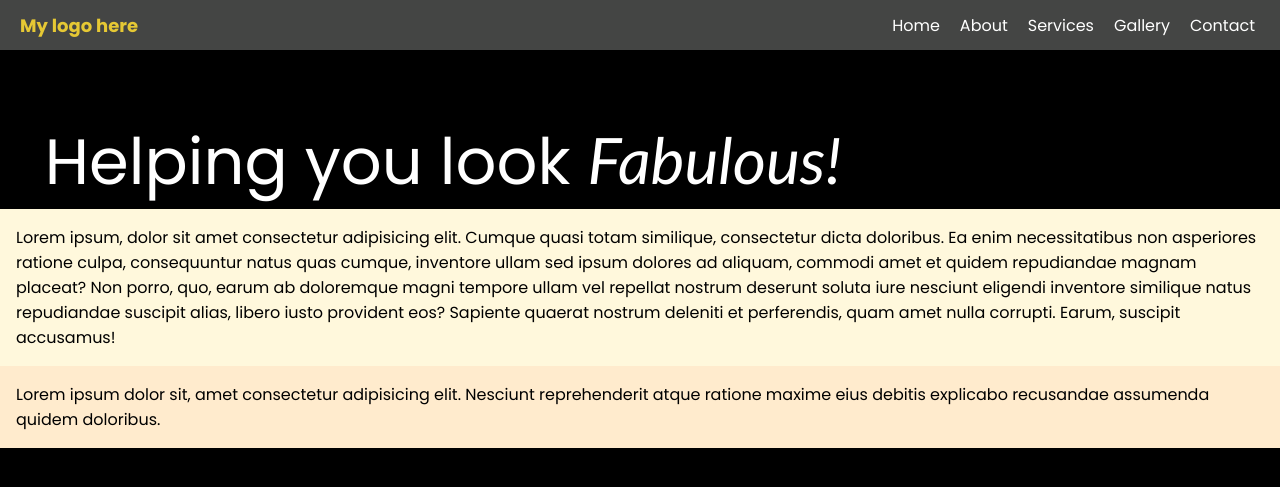
Repository: buzzedison/gardens
Page: index.html
An editor plug-in stored every save of this project. The page is shown before and after the next save, followed by the edit.
The browser window is 1280 px wide. The pictures show the whole page.

Above is the page before, as saved 2022-01-12 17:13:47.

### index.html
<!DOCTYPE html>
<html lang="en">
<head>
    <meta charset="UTF-8">
    <meta http-equiv="X-UA-Compatible" content="IE=edge">
    <meta name="viewport" content="width=device-width, initial-scale=1.0">
    <title>Navbar</title>
    <script src="index.js" defer></script>
    <link rel="stylesheet" href="/css/styles.css">
</head>
<body>
    <div>

        <Header>
            <div id="logo"> <a href="/">My logo here</a></div>
            <nav>
<ul>
    <li> <a href="/"> Home</a></li>
    <li> <a href="/"> About</a></li>
    <li> <a href="/"> Services</a></li>
    <li> <a href="/"> Gallery</a></li>
    <li> <a href="/">  Contact</a></li>
</ul>

 </nav>
            <!-- Mobile version -->
            <div id="mobile-icon" onclick="toggleMobileMenu(this)">
                <div class="bar1"></div>
                <div class="bar2"></div>
                <div class="bar3"></div>
                <ul class="mobile-menu">
                  <li><a href="/">Home</a></li>
                  <li><a href="/">About</a></li>
                  <li><a href="/">Services</a></li>
                  <li><a href="/">Gallery</a></li>
                  <li><a href="/">Contact</a></li>

                </ul>
              </div>
        </Header>
        <main class="container">
            <section1>
                <p class="section-title">Helping you look  <span id="fab">Fabulous!</span></p>
                <div class="grid">
                    <div>
                        Lorem ipsum, dolor sit amet consectetur adipisicing elit.
                         Cumque quasi totam similique, consectetur dicta doloribus.
                         Ea enim necessitatibus non asperiores ratione culpa,
                         consequuntur natus quas cumque, inventore ullam sed ipsum
                         dolores ad aliquam, commodi amet et quidem repudiandae magnam placeat?
                          Non porro, quo, earum ab doloremque magni tempore ullam vel repellat
                          nostrum deserunt soluta iure nesciunt eligendi inventore similique
                          natus repudiandae suscipit alias, libero iusto provident eos?
                           Sapiente quaerat nostrum deleniti et perferendis,
                        quam amet nulla corrupti. Earum, suscipit accusamus!
                    </div>

                    <div>
                        Lorem ipsum dolor sit, amet consectetur adipisicing elit.
                        Nesciunt reprehenderit atque ratione maxime eius
                        debitis explicabo recusandae assumenda quidem doloribus.
                    </div>
                </div>
            </section1>

        </main>
    </div>
</body>
</html>

### css/styles.css
@import url("https://fonts.googleapis.com/css2?family=Poppins:wght@400;700&display=swap");

* {
  padding: 0;
  margin: 0;
  box-sizing: border-box;
}

body {
  color: black;
  font-family: "Poppins", sans-serif;
  background-color:black;
}

header a {
  text-decoration: none;
}

header {
  padding: 0 20px;
  background-color: #444544;
  height: 50px;
  display: flex;
  justify-content: space-between;
}

#logo {
  font-weight: bold;
  font-size: 18px;
  display: flex;
  align-items: center;
}

#logo a {
  color: #e6c834;
}

ul {
  list-style: none;
  height: 100%;
  display: flex;
  align-items: center;
  justify-content: space-around;
}

ul a {
  color: white;
}

ul li {
  padding: 5px;
  margin-left: 10px;
}

ul li:hover {
  transform: scale(1.1);
  transition: 0.3s;
}




#mobile-icon {
  margin: auto 0;
  display: none;
  cursor: pointer;
}

#mobile-icon div {
  width: 35px;
  height: 3px;
  background-color: white;

  margin: 6px 0;
  transition: 0.4s;
}

.open .bar1 {
  -webkit-transform: rotate(-45deg) translate(-6px, 6px);
  transform: rotate(-45deg) translate(-6px, 6px);
}

.open .bar2 {
  opacity: 0;
}

.open .bar3 {
  -webkit-transform: rotate(45deg) translate(-6px, -8px);
  transform: rotate(45deg) translate(-6px, -8px);
}

.open .mobile-menu {
  display: flex;
  flex-direction: column;
  align-items: center;
  justify-content: flex-start;
}

.mobile-menu {
  display: none;
  position: absolute;
  top: 50px;
  left: 0;
  height: calc(100vh - 50px);
  width: 100%;

}

.mobile-menu li {
  margin-bottom: 10px;

}

@media only screen and (max-width: 600px) {
  header nav {
    display: none;
  }

  #mobile-icon {
    display: block;
  }
}


.section-title{
  color: white;
  font-size: 4em;
  padding-top: 1em;
  padding-left: 0.7em;


}

#fab {
  font-family: 'Trebuchet MS', 'Lucida Sans Unicode', 'Lucida Grande', 'Lucida Sans', Arial, sans-serif;
  font-style: italic;
}


.grid > div{
   padding:1em;
   background-color:blanchedalmond;
}

.grid > div:nth-child(odd){
  background-color:cornsilk;
}

Loaded but not shown: index.js (common file)

After the next save:
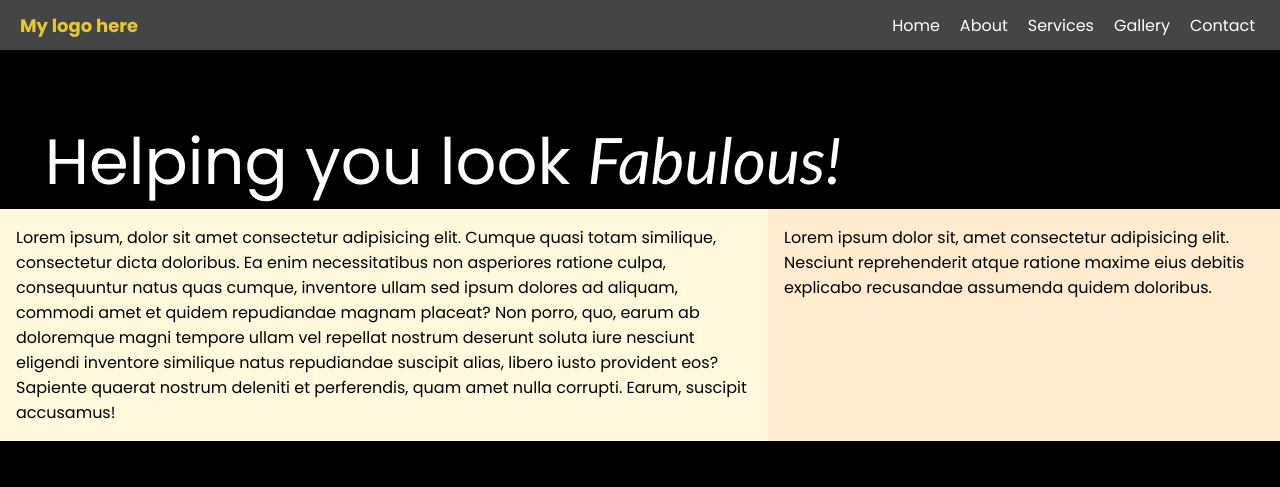
Saved 2 min 24 s later.
--- a/css/styles.css
+++ b/css/styles.css
@@ -145,3 +145,8 @@ ul li:hover {
 .grid > div:nth-child(odd){
   background-color:cornsilk;
 }
+
+.grid{
+  display:grid;
+  grid-template-columns: 60% 40%;
+}
